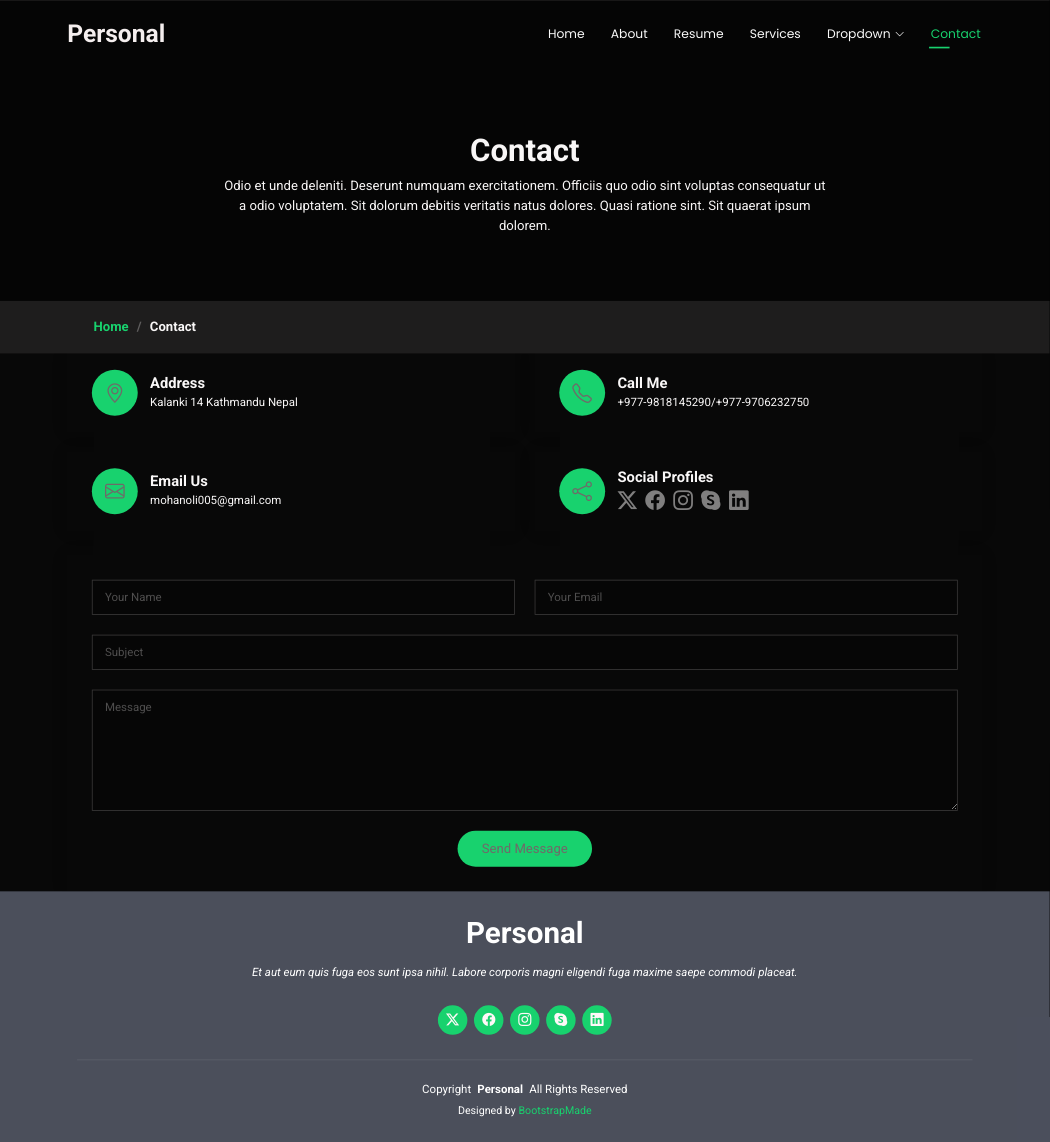
Repository: Mohanoli/mohan-git
Page: contact.html
The author's editor kept a copy of each file at every save. The page is drawn from the files as they stood at one save, then again after the next save.
The browser window is 1280 px wide. The pictures show the whole page, at 82% of full size.

Above is the page before, as saved 2024-08-12 15:10:38.

### contact.html
<!DOCTYPE html>
<html lang="en">

<head>
  <meta charset="utf-8">
  <meta content="width=device-width, initial-scale=1.0" name="viewport">
  <title>olimohan.com.np</title>
  <meta name="description" content="">
  <meta name="keywords" content="">

  <!-- Favicons -->
  <link href="assets/img/favicon.png" rel="icon">
  <link href="assets/img/apple-touch-icon.png" rel="apple-touch-icon">

  <!-- Fonts -->
  <link href="https://fonts.googleapis.com" rel="preconnect">
  <link href="https://fonts.gstatic.com" rel="preconnect" crossorigin>
  <link href="https://fonts.googleapis.com/css2?family=Roboto:ital,wght@0,100;0,300;0,400;0,500;0,700;0,900;1,100;1,300;1,400;1,500;1,700;1,900&family=Poppins:ital,wght@0,100;0,200;0,300;0,400;0,500;0,600;0,700;0,800;0,900;1,100;1,200;1,300;1,400;1,500;1,600;1,700;1,800;1,900&family=Raleway:ital,wght@0,100;0,200;0,300;0,400;0,500;0,600;0,700;0,800;0,900;1,100;1,200;1,300;1,400;1,500;1,600;1,700;1,800;1,900&display=swap" rel="stylesheet">

  <!-- Vendor CSS Files -->
  <link href="assets/vendor/bootstrap/css/bootstrap.min.css" rel="stylesheet">
  <link href="assets/vendor/bootstrap-icons/bootstrap-icons.css" rel="stylesheet">
  <link href="assets/vendor/aos/aos.css" rel="stylesheet">
  <link href="assets/vendor/swiper/swiper-bundle.min.css" rel="stylesheet">
  <link href="assets/vendor/glightbox/css/glightbox.min.css" rel="stylesheet">

  <!-- Main CSS File -->
  <link href="assets/css/main.css" rel="stylesheet">

  <!-- =======================================================
  * Template Name: Personal
  * Template URL: https://bootstrapmade.com/personal-free-resume-bootstrap-template/
  * Updated: Aug 07 2024 with Bootstrap v5.3.3
  * Author: BootstrapMade.com
  * License: https://bootstrapmade.com/license/
  ======================================================== -->
</head>

<body class="contact-page">

  <header id="header" class="header d-flex align-items-center fixed-top">
    <div class="container-fluid container-xl position-relative d-flex align-items-center justify-content-between">

      <a href="index.html" class="logo d-flex align-items-center">
        <!-- Uncomment the line below if you also wish to use an image logo -->
        <!-- <img src="assets/img/logo.png" alt=""> -->
        <h1 class="sitename">Personal</h1>
      </a>

      <nav id="navmenu" class="navmenu">
        <ul>
          <li><a href="index.html">Home</a></li>
          <li><a href="about.html">About</a></li>
          <li><a href="resume.html">Resume</a></li>
          <li><a href="services.html">Services</a></li>

          <li class="dropdown"><a href="#"><span>Dropdown</span> <i class="bi bi-chevron-down toggle-dropdown"></i></a>
            <ul>
              <li><a href="#">Dropdown 1</a></li>
              <li class="dropdown"><a href="#"><span>Deep Dropdown</span> <i class="bi bi-chevron-down toggle-dropdown"></i></a>
                <ul>
                  <li><a href="#">Deep Dropdown 1</a></li>
                  <li><a href="#">Deep Dropdown 2</a></li>
                  <li><a href="#">Deep Dropdown 3</a></li>
                  <li><a href="#">Deep Dropdown 4</a></li>
                  <li><a href="#">Deep Dropdown 5</a></li>
                </ul>
              </li>
              <li><a href="#">Dropdown 2</a></li>
              <li><a href="#">Dropdown 3</a></li>
              <li><a href="#">Dropdown 4</a></li>
            </ul>
          </li>
          <li><a href="contact.html" class="active">Contact</a></li>
        </ul>
        <i class="mobile-nav-toggle d-xl-none bi bi-list"></i>
      </nav>

    </div>
  </header>

  <main class="main">

    <!-- Page Title -->
    <div class="page-title" data-aos="fade">
      <div class="heading">
        <div class="container">
          <div class="row d-flex justify-content-center text-center">
            <div class="col-lg-8">
              <h1>Contact</h1>
              <p class="mb-0">Odio et unde deleniti. Deserunt numquam exercitationem. Officiis quo odio sint voluptas consequatur ut a odio voluptatem. Sit dolorum debitis veritatis natus dolores. Quasi ratione sint. Sit quaerat ipsum dolorem.</p>
            </div>
          </div>
        </div>
      </div>
      <nav class="breadcrumbs">
        <div class="container">
          <ol>
            <li><a href="index.html">Home</a></li>
            <li class="current">Contact</li>
          </ol>
        </div>
      </nav>
    </div><!-- End Page Title -->

    <!-- Contact Section -->
    <section id="contact" class="contact section">

      <div class="container" data-aos="fade-up" data-aos-delay="100">

        <div class="row gy-4">

          <div class="col-md-6">
            <div class="info-item d-flex align-items-center" data-aos="fade-up" data-aos-delay="200">
              <i class="icon bi bi-geo-alt flex-shrink-0"></i>
              <div>
                <h3>Address</h3>
                <p>Kalanki 14 Kathmandu Nepal</p>
              </div>
            </div>
          </div><!-- End Info Item -->

          <div class="col-md-6">
            <div class="info-item d-flex align-items-center" data-aos="fade-up" data-aos-delay="300">
              <i class="icon bi bi-telephone flex-shrink-0"></i>
              <div>
                <h3>Call Me</h3>
                <p>+977-9818145290/+977-9706232750</p>
              </div>
            </div>
          </div><!-- End Info Item -->

          <div class="col-md-6">
            <div class="info-item d-flex align-items-center" data-aos="fade-up" data-aos-delay="400">
              <i class="icon bi bi-envelope flex-shrink-0"></i>
              <div>
                <h3>Email Us</h3>
                <p>mohanoli005@gmail.com</p>
              </div>
            </div>
          </div><!-- End Info Item -->

          <div class="col-md-6">
            <div class="info-item d-flex align-items-center" data-aos="fade-up" data-aos-delay="500">
              <i class="icon bi bi-share flex-shrink-0"></i>
              <div>
                <h3>Social Profiles</h3>
                <div class="social-links">
                  <a href="#"><i class="bi bi-twitter-x"></i></a>
                  <a href="#"><i class="bi bi-facebook"></i></a>
                  <a href="#"><i class="bi bi-instagram"></i></a>
                  <a href="#"><i class="bi bi-skype"></i></a>
                  <a href="#"><i class="bi bi-linkedin"></i></a>
                </div>
              </div>
            </div>
          </div><!-- End Info Item -->

        </div>

        <form action="forms/contact.php" method="post" class="php-email-form" data-aos="fade-up" data-aos-delay="600">
          <div class="row gy-4">

            <div class="col-md-6">
              <input type="text" name="name" class="form-control" placeholder="Your Name" required="">
            </div>

            <div class="col-md-6 ">
              <input type="email" class="form-control" name="email" placeholder="Your Email" required="">
            </div>

            <div class="col-md-12">
              <input type="text" class="form-control" name="subject" placeholder="Subject" required="">
            </div>

            <div class="col-md-12">
              <textarea class="form-control" name="message" rows="6" placeholder="Message" required=""></textarea>
            </div>

            <div class="col-md-12 text-center">
              <div class="loading">Loading</div>
              <div class="error-message"></div>
              <div class="sent-message">Your message has been sent. Thank you!</div>

              <button type="submit">Send Message</button>
            </div>

          </div>
        </form><!-- End Contact Form -->

      </div>

    </section><!-- /Contact Section -->

  </main>

  <footer id="footer" class="footer dark-background">
    <div class="container">
      <h3 class="sitename">Personal</h3>
      <p>Et aut eum quis fuga eos sunt ipsa nihil. Labore corporis magni eligendi fuga maxime saepe commodi placeat.</p>
      <div class="social-links d-flex justify-content-center">
        <a href=""><i class="bi bi-twitter-x"></i></a>
        <a href=""><i class="bi bi-facebook"></i></a>
        <a href=""><i class="bi bi-instagram"></i></a>
        <a href=""><i class="bi bi-skype"></i></a>
        <a href=""><i class="bi bi-linkedin"></i></a>
      </div>
      <div class="container">
        <div class="copyright">
          <span>Copyright</span> <strong class="px-1 sitename">Personal</strong> <span>All Rights Reserved</span>
        </div>
        <div class="credits">
          <!-- All the links in the footer should remain intact. -->
          <!-- You can delete the links only if you've purchased the pro version. -->
          <!-- Licensing information: https://bootstrapmade.com/license/ -->
          <!-- Purchase the pro version with working PHP/AJAX contact form: [buy-url] -->
          Designed by <a href="https://bootstrapmade.com/">BootstrapMade</a>
        </div>
      </div>
    </div>
  </footer>

  <!-- Scroll Top -->
  <a href="#" id="scroll-top" class="scroll-top d-flex align-items-center justify-content-center"><i class="bi bi-arrow-up-short"></i></a>

  <!-- Preloader -->
  <div id="preloader"></div>

  <!-- Vendor JS Files -->
  <script src="assets/vendor/bootstrap/js/bootstrap.bundle.min.js"></script>
  <script src="assets/vendor/php-email-form/validate.js"></script>
  <script src="assets/vendor/aos/aos.js"></script>
  <script src="assets/vendor/typed.js/typed.umd.js"></script>
  <script src="assets/vendor/purecounter/purecounter_vanilla.js"></script>
  <script src="assets/vendor/waypoints/noframework.waypoints.js"></script>
  <script src="assets/vendor/swiper/swiper-bundle.min.js"></script>
  <script src="assets/vendor/glightbox/js/glightbox.min.js"></script>
  <script src="assets/vendor/imagesloaded/imagesloaded.pkgd.min.js"></script>
  <script src="assets/vendor/isotope-layout/isotope.pkgd.min.js"></script>

  <!-- Main JS File -->
  <script src="assets/js/main.js"></script>

</body>

</html>

Loaded but not shown: assets/vendor/bootstrap/css/bootstrap.min.css (library); assets/vendor/bootstrap-icons/bootstrap-icons.css (library); assets/vendor/aos/aos.css (library); assets/vendor/swiper/swiper-bundle.min.css (library); assets/vendor/glightbox/css/glightbox.min.css (library); assets/vendor/bootstrap/js/bootstrap.bundle.min.js (library); assets/vendor/php-email-form/validate.js (common file); assets/vendor/aos/aos.js (library); assets/vendor/typed.js/typed.umd.js (library); assets/vendor/purecounter/purecounter_vanilla.js (library); assets/vendor/waypoints/noframework.waypoints.js (library); assets/vendor/swiper/swiper-bundle.min.js (library); assets/vendor/glightbox/js/glightbox.min.js (library); assets/vendor/imagesloaded/imagesloaded.pkgd.min.js (library); assets/vendor/isotope-layout/isotope.pkgd.min.js (library); assets/js/main.js (202 lines, source omitted); assets/css/main.css (1518 lines, source omitted)

After the next save:
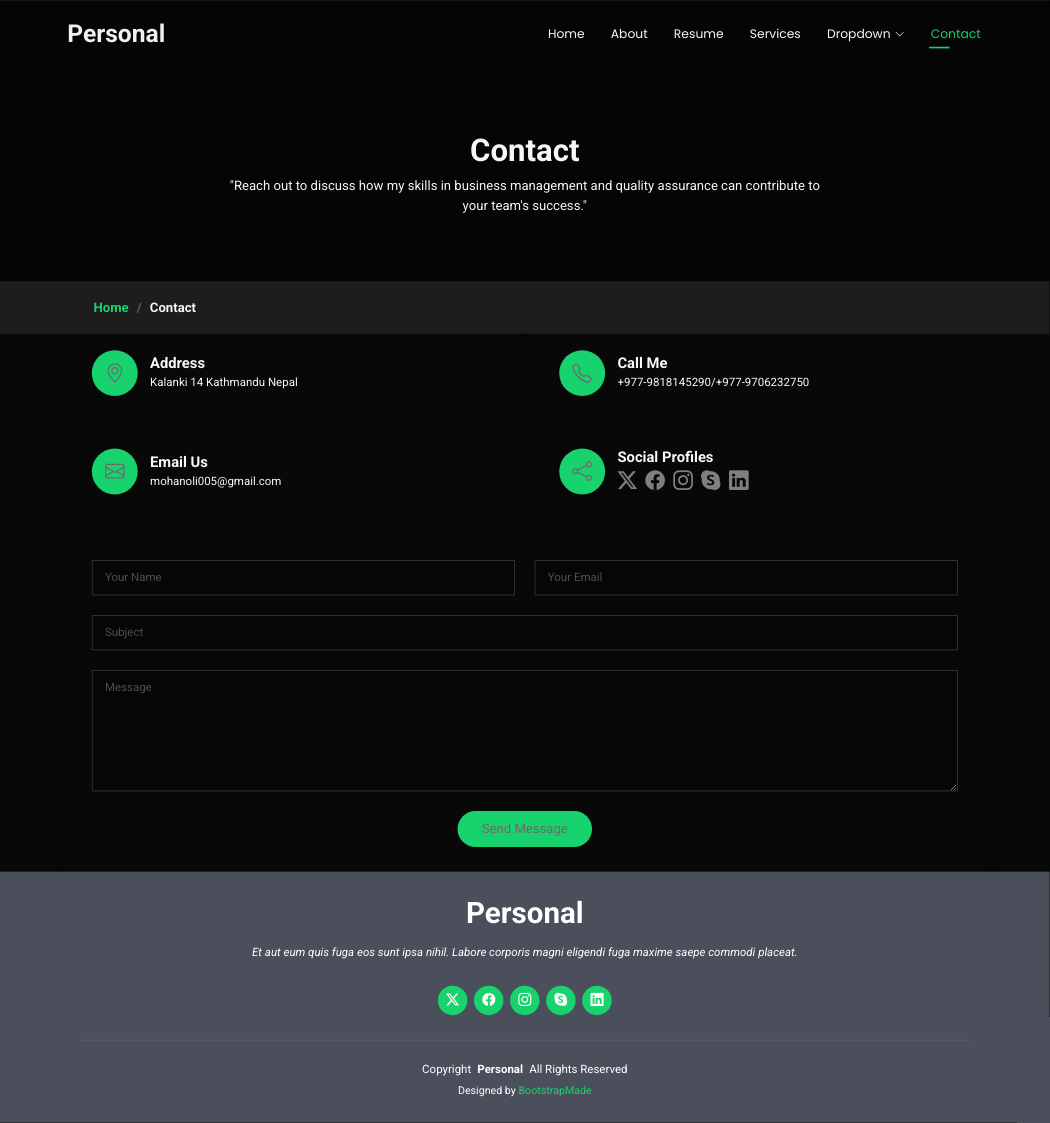
Saved 113 s later.
--- a/contact.html
+++ b/contact.html
@@ -88,7 +88,7 @@
           <div class="row d-flex justify-content-center text-center">
             <div class="col-lg-8">
               <h1>Contact</h1>
-              <p class="mb-0">Odio et unde deleniti. Deserunt numquam exercitationem. Officiis quo odio sint voluptas consequatur ut a odio voluptatem. Sit dolorum debitis veritatis natus dolores. Quasi ratione sint. Sit quaerat ipsum dolorem.</p>
+              <p class="mb-0">"Reach out to discuss how my skills in business management and quality assurance can contribute to your team's success."</p>
             </div>
           </div>
         </div>
